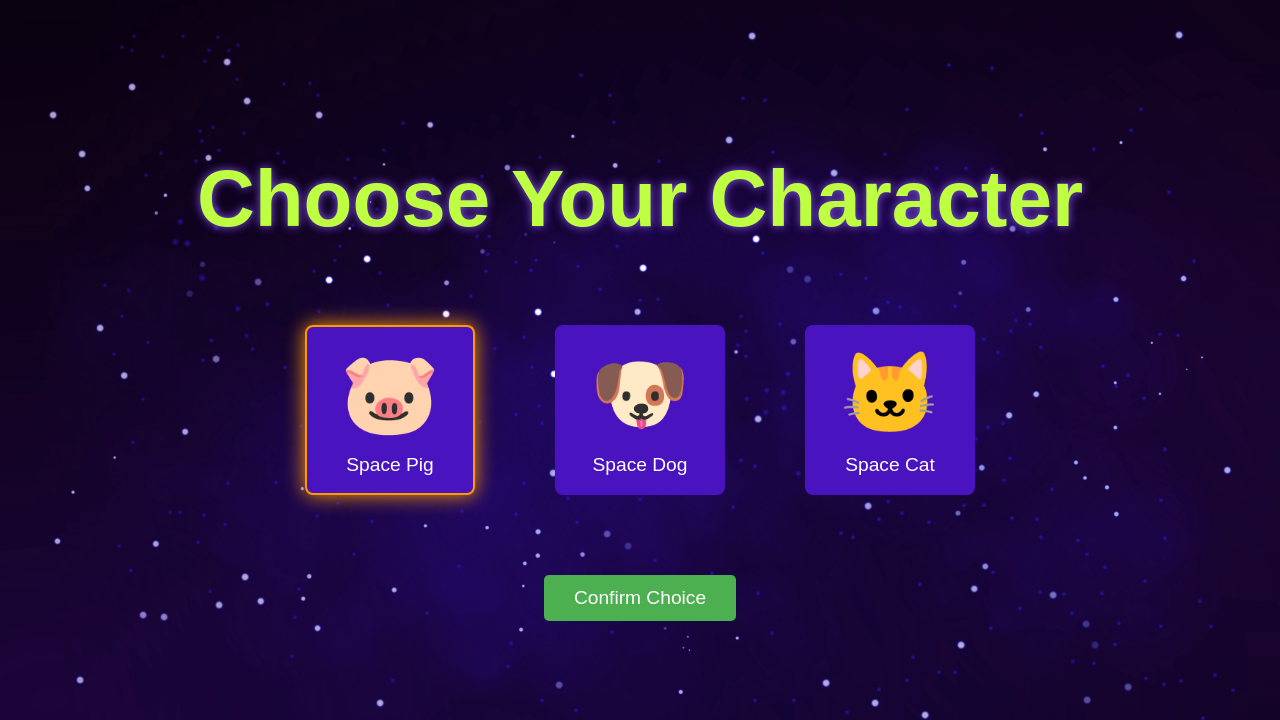
Repository: brunaguarizo/SpaceFarm
Page: index.html
An editor plug-in stored every save of this project. The page is shown before and after a run of saves, followed by the edit.
The browser window is 1280 px wide. The pictures show the whole page.
After loading, the first visible `div.character-option` was clicked once.
Some web fonts or font styles are not loaded; a fallback is used.

Above is the page before, as saved 2025-04-24 11:19:30.

After the next 2 saves:
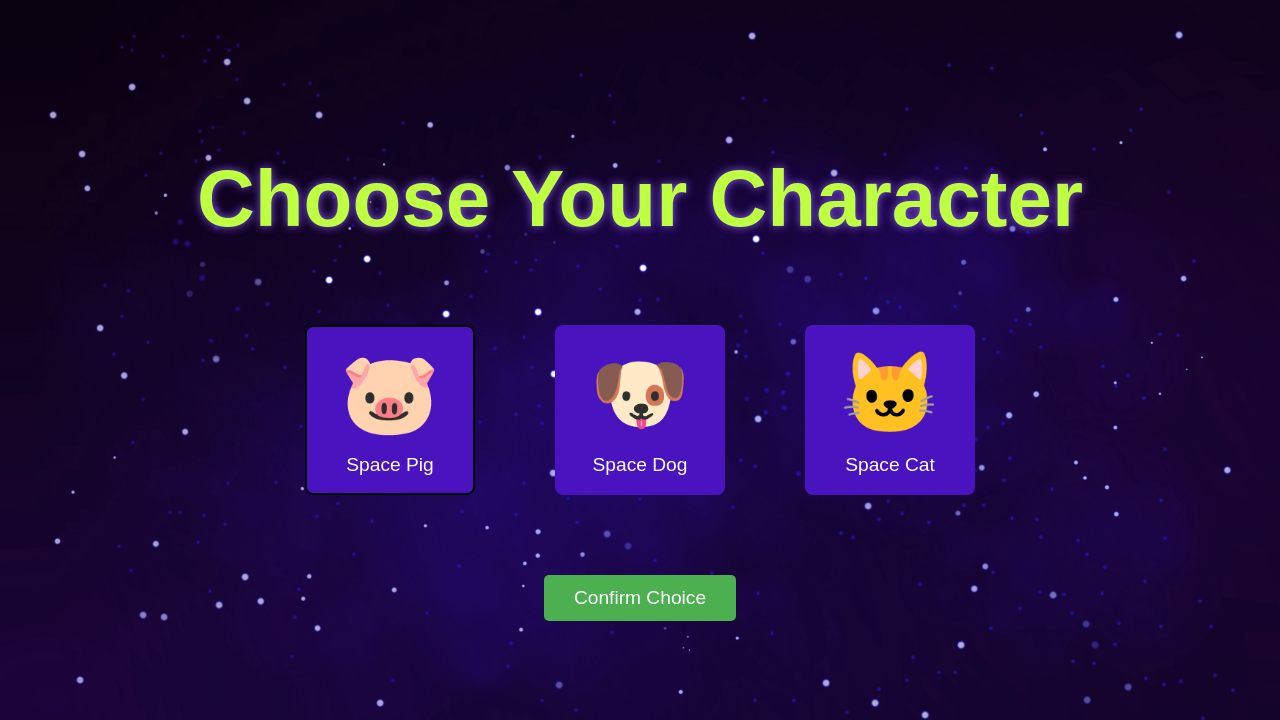
The 2 saves are shown as one change because they came seconds apart.
The last was saved 15 s later.
--- a/styles.css
+++ b/styles.css
@@ -61,7 +61,7 @@ body {
 }
 
 .character-option.selected {
-    border-color: #ff9900;
+    border-color: var(--light-green)l
     box-shadow: 0 0 20px #ff9900;
 }
 
